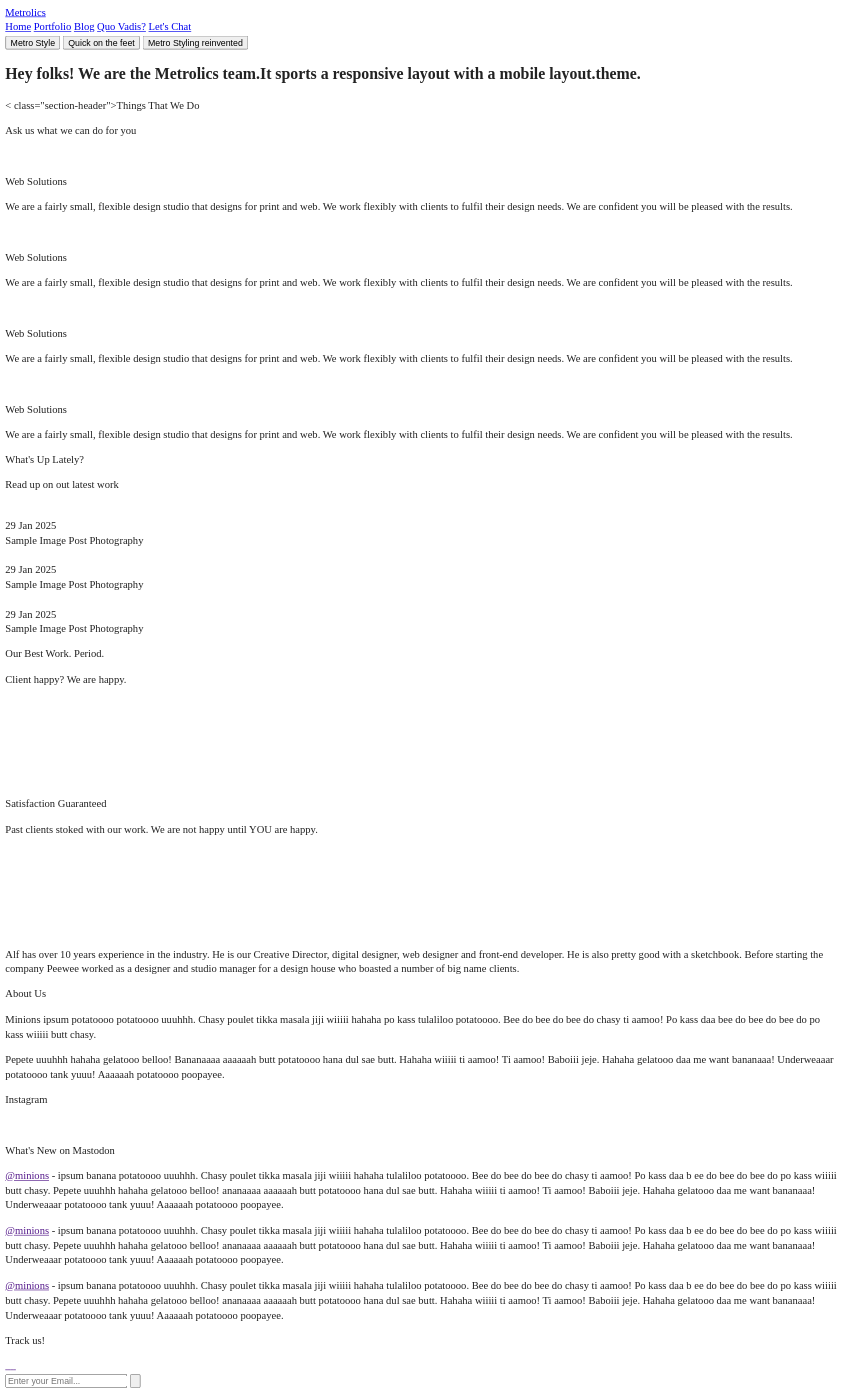
Repository: Angehyy/wk02_site
Page: index.html
An editor plug-in stored every save of this project. The page is shown before and after the next save, followed by the edit.
The browser window is 1280 px wide. The pictures show the whole page, at 66% of full size.

Above is the page before, as saved 2025-01-20 20:54:13.

After the next save:
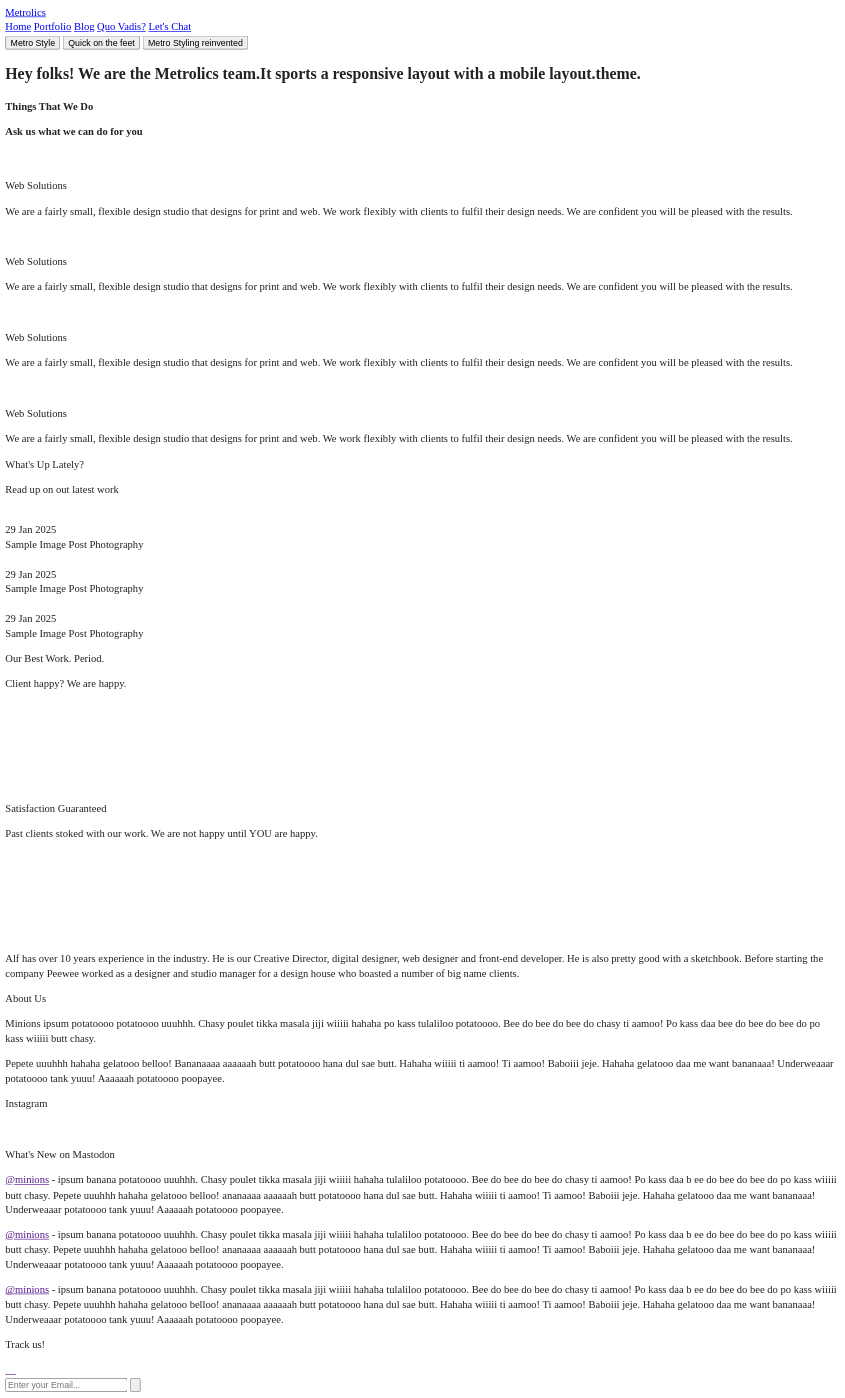
Saved 4 s later.
--- a/index.html
+++ b/index.html
@@ -49,7 +49,7 @@
     </div>
 
     <section class="section">
-      < class="section-header">Things That We Do</p>
+      <h4 class="section-header">Things That We Do</p>
       <p class="section-subheader">Ask us what we can do for you</p>
     </section>
 
